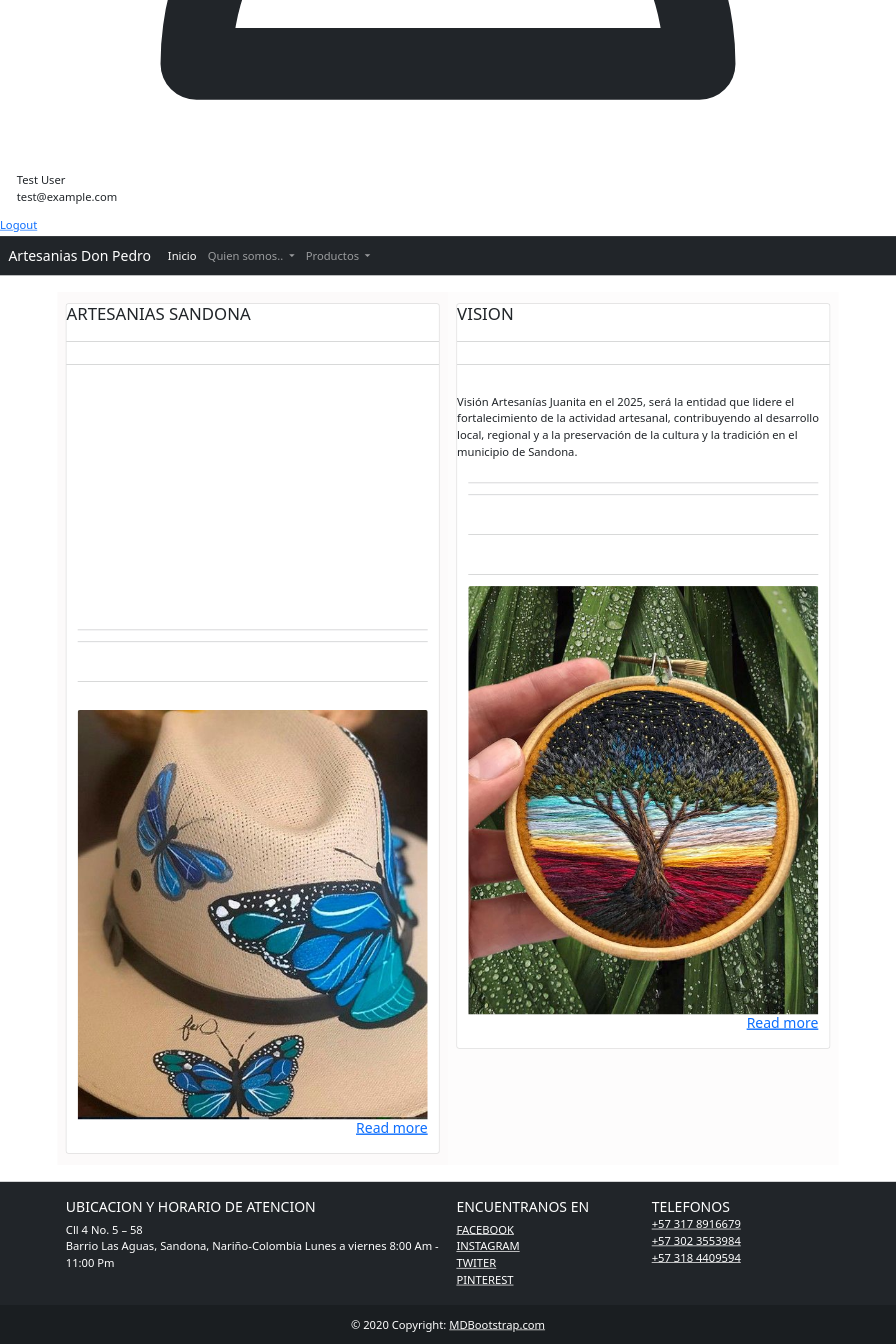
Repository: PG210/taller_artesania
Page: http://localhost/arte/vision
These files come from the project's save history. The page is drawn as it stood at one moment and after the next save; the edit follows.
The browser window is 1280 px wide. The pictures show the part of the page from y = 2506 to 4426 px (the page is 4426 px tall), at 70% of full size.
Pictures or frames that could not be fetched are drawn as grey boxes. The page is served by the project's Laravel application, run on PHP 8.4 with Laravel 8. A made-up administrator, Test User (test@example.com), is signed in. Other server files are loaded and not shown.

Above is the page before, as saved 2021-01-14 16:26:39.

### routes/web.php
<?php

use Illuminate\Support\Facades\Route;
use App\Http\Controllers\Productos;

/*
|--------------------------------------------------------------------------
| Web Routes
|--------------------------------------------------------------------------
|
| Here is where you can register web routes for your application. These
| routes are loaded by the RouteServiceProvider within a group which
| contains the "web" middleware group. Now create something great!
|
*/

Route::get('/', function () {
    return view('welcome');
});
//ruta mision vision
Route::get('arte/vision', function () {
    return view('arte.vision');
});
//histortia
Route::get('arte/historia', function () {
    return view('arte.historia');
});
Route::get('arte/mision', function () {
    return view('arte.mision');
});

//ubicacion
Route::get('arte/ubicacion', function () {
    return view('arte.ubicacion');
});
//productos
Route::get('/productos', [Productos::class, 'index']);

Route::get('/dashboard', function () {
    return view('dashboard');
})->middleware(['auth'])->name('dashboard');

require __DIR__.'/auth.php';

### resources/views/arte/vision.blade.php
 @extends('layouts.app') @section('content')





<div class="container">

    <div class="row">

        <!--tarjeta 1 mision hotel-->
        <div class="col-lg-6" style="background-color:rgb(252, 250, 250)">

            <p>
                <!-- Card Dark -->

                <div class="card">

                    <h4 class="card-title">ARTESANIAS SANDONA</h4>
                    <!-- Card image -->
                    <hr class="hr-light">
                    <hr class="hr-light">


                    <div class="container">
                        <br>
                        <div class="view overlay ">
                            <video loop="true " muted autoplay width="530 " height="300 ">
                                <source src='{{url("/img/video.mp4")}}' type="video/mp4 " alt="Card image cap ">
                            <a>
                                <div class="mask " style=" background-color: rgba(230, 179, 179, 0.5) "></div>
                            </a>
                        </div>
                        </div>


                    <!-- Card content -->
                    <div class="card-body elegant-color white-text rounded-bottom">

                        <!-- Social shares button -->

                        <!-- Title -->
                        <h4 class="card-title"></h4>
                        <hr class="hr-light">
                        <hr class="hr-light">
                        <br>
                        <hr class="hr-light">
                        <br>

                        <div class="view overlay">
                            <img class="card-img-top" src="../img/6.jpg" alt="Card image cap">
                            <a>
                                <div class="mask rgba-white-slight"></div>
                            </a>
                        </div>



                        <!-- Link -->
                        <a href="#!" class="white-text d-flex justify-content-end">
                            <h5>Read more <i class="fas fa-angle-double-right"></i></h5>
                        </a>

                    </div>



                </div>
                <!-- Card Dark -->
            </p>
        </div>



        <!--tarjeta dos vision-->
        <div class="col-lg-6" style="background-color:rgb(253, 252, 252)">

            <p>
                <!-- Card Dark -->
                <div class="card">

                    <h4 class="card-title">VISION</h4>
                        <hr class="hr-light">
                        <hr class="hr-light">
                        <br>
                       Visión
                          Artesanías Juanita en el 2025, será la entidad que lidere el fortalecimiento de la actividad artesanal, contribuyendo al desarrollo local, regional y a la preservación de la cultura y la tradición en el municipio de Sandona.


                    <!-- Card content -->
                    <div class="card-body elegant-color white-text rounded-bottom">

                        <!-- Social shares button -->

                        <!-- Title -->
                        <h4 class="card-title"></h4>
                        <hr class="hr-light">
                        <hr class="hr-light">
                        <br>

                        <hr class="hr-light">
                        <br>
                        <hr class="hr-light">
                        <div class="view overlay">
                            <img class="card-img-top" src="../img/5.jpg" alt="Card image cap">
                            <a>
                                <div class="mask rgba-white-slight"></div>
                            </a>
                        </div>


                        <!-- Link -->
                        <a href="#!" class="white-text d-flex justify-content-end">
                            <h5>Read more <i class="fas fa-angle-double-right"></i></h5>
                        </a>

                    </div>

                </div>
                <!-- Card Dark -->
            </p>
        </div>
    </div>
</div>




</div>
@stop

### resources/views/layouts/app.blade.php
<!DOCTYPE html>
<html lang="{{ str_replace('_', '-', app()->getLocale()) }}">
    <head>
        <meta charset="utf-8">
        <meta name="viewport" content="width=device-width, initial-scale=1">
        <meta name="csrf-token" content="{{ csrf_token() }}">

        <title>{{ config('app.name', 'Laravel') }}</title>

        <!-- Fonts -->
        <link rel="stylesheet" href="https://fonts.googleapis.com/css2?family=Nunito:wght@400;600;700&display=swap">
        <link href="{{ url('/assets/bootstrap/css/bootstrap.min.css') }}" rel="stylesheet">
        <!-- Styles -->
        <link rel="stylesheet" href="{{ asset('css/app.css') }}">

        <!-- Scripts -->
        <script src="{{ asset('js/app.js') }}" defer></script>


    </head>

    <body class="font-sans antialiased">
        <div class="min-h-screen bg-gray-100">
            @include('layouts.navigation')

            <nav class="navbar navbar-expand-lg navbar navbar-dark bg-dark">
  <div class="container-fluid">
    <a class="navbar-brand" href="#">Artesanias Don Pedro</a>
    <button class="navbar-toggler" type="button" data-bs-toggle="collapse" data-bs-target="#navbarNavDropdown" aria-controls="navbarNavDropdown" aria-expanded="false" aria-label="Toggle navigation">
      <span class="navbar-toggler-icon"></span>
    </button>
    <div class="collapse navbar-collapse" id="navbarNavDropdown">
      <ul class="navbar-nav">
        <li class="nav-item">
          <a class="nav-link active" aria-current="page" href="#">Inicio</a>
        </li>


        <li class="nav-item dropdown">
          <a class="nav-link dropdown-toggle" href="#" id="navbarDropdownMenuLink" role="button" data-bs-toggle="dropdown" aria-expanded="false">
            Quien somos..
          </a>
          <ul class="dropdown-menu" aria-labelledby="navbarDropdownMenuLink">
            <li><a class="dropdown-item" href="{{url('/arte/mision')}}">Mision</a></li>
            <li><a class="dropdown-item" href="{{url('/arte/vision')}}">Vision</a></li>
            <li><a class="dropdown-item" href="{{url('/arte/ubicacion')}}">Ubicacion</a></li>
            <li><a class="dropdown-item" href="{{url('/arte/historia')}}">Historia</a></li>
          </ul>
        </li>

        <li class="nav-item dropdown">
          <a class="nav-link dropdown-toggle" href="#" id="navbarDropdownMenuLink" role="button" data-bs-toggle="dropdown" aria-expanded="false">
            Productos
          </a>
          <ul class="dropdown-menu" aria-labelledby="navbarDropdownMenuLink">
            <li><a class="dropdown-item" href="{{url('/productos')}}">Sombreros</a></li>
            <li><a class="dropdown-item" href="#">Mochilas</a></li>
            <li><a class="dropdown-item" href="#">Tejidos</a></li>
            <li><a class="dropdown-item" href="#">Visuterias</a></li>
            <li><a class="dropdown-item" href="#">Ofertas</a></li>
          </ul>
        </li>
      </ul>
    </div>
  </div>
</nav>
<br>
            <!-- Page Heading -->
            <div class="container">
           @yield('content')
           </div>
        </div>
<!--footer-->
<br>
        <footer class="bg-dark text-white text-center text-lg-start">
  <!-- Grid container -->
  <div class="container p-4">
    <!--Grid row-->
    <div class="row">
      <!--Grid column-->
      <div class="col-lg-6 col-md-12 mb-4 mb-md-0">
        <h5 class="text-uppercase">Ubicacion y Horario de Atencion</h5>

        <p>
        <bFooterr>
        Cll 4 No. 5 – 58<br>
        Barrio Las Aguas, Sandona, Nariño-Colombia
        Lunes a viernes 8:00 Am - 11:00 Pm
        </p>
      </div>
      <!--Grid column-->

      <!--Grid column-->
      <div class="col-lg-3 col-md-6 mb-4 mb-md-0">
        <h5 class="text-uppercase">Encuentranos en</h5>

        <ul class="list-unstyled mb-0">
          <li>
            <a href="#!" class="text-white">FACEBOOK</a>
          </li>
          <li>
            <a href="#!" class="text-white">INSTAGRAM</a>
          </li>
          <li>
            <a href="#!" class="text-white">TWITER</a>
          </li>
          <li>
            <a href="#!" class="text-white">PINTEREST</a>
          </li>
        </ul>
      </div>
      <!--Grid column-->

      <!--Grid column-->
      <div class="col-lg-3 col-md-6 mb-4 mb-md-0">
        <h5 class="text-uppercase mb-0">TELEFONOS</h5>

        <ul class="list-unstyled">
          <li>
            <a href="#!" class="text-white">+57 317 8916679</a>
          </li>
          <li>
            <a href="#!" class="text-white">+57 302 3553984</a>
          </li>
          <li>
            <a href="#!" class="text-white">+57 318 4409594</a>
          </li>

        </ul>
      </div>
      <!--Grid column-->
    </div>
    <!--Grid row-->
  </div>
  <!-- Grid container -->

  <!-- Copyright -->
  <div class="text-center p-3" style="background-color: rgba(0, 0, 0, 0.2)">
    © 2020 Copyright:
    <a class="text-white" href="https://mdbootstrap.com/">MDBootstrap.com</a>
  </div>
  <!-- Copyright -->
</footer>
<!--end footer-->



        <script src="https://code.jquery.com/jquery-3.5.1.slim.min.js" integrity="sha384-DfXdz2htPH0lsSSs5nCTpuj/zy4C+OGpamoFVy38MVBnE+IbbVYUew+OrCXaRkfj" crossorigin="anonymous"></script>
        <script src="https://cdn.jsdelivr.net/npm/popper.js@1.16.1/dist/umd/popper.min.js" integrity="sha384-9/reFTGAW83EW2RDu2S0VKaIzap3H66lZH81PoYlFhbGU+6BZp6G7niu735Sk7lN" crossorigin="anonymous"></script>
       <script type="text/javascript" src="{{ url('/assets/bootstrap/js/bootstrap.min.js') }}"></script>
    </body>
</html>

### resources/views/layouts/navigation.blade.php
<nav x-data="{ open: false }" class="bg-white border-b border-gray-100">
    <!-- Primary Navigation Menu -->
    <!--aqui cambiar-->
    <div class=" navbar-dark bg-indigo">
        <div class="flex justify-between h-16">
            <div class="flex">
                <!-- Logo -->
                <div class="flex-shrink-0 flex items-center">
                    <a href="{{ route('dashboard') }}">
                        <x-application-logo class="block h-10 w-auto fill-current text-gray-600" />
                    </a>
                </div>

                <!-- Navigation Links -->
                <div class="hidden space-x-8 sm:-my-px sm:ml-10 sm:flex">
                    <x-nav-link :href="route('dashboard')" :active="request()->routeIs('dashboard')">
                        {{ __('Bienvenidos! Tienda Virtual') }}
                    </x-nav-link>
                </div>
            </div>

            <!-- Settings Dropdown -->
            <div class="hidden sm:flex sm:items-center sm:ml-6">
                <x-dropdown align="right" width="48">
                    <x-slot name="trigger">
                        <button class="flex items-center text-sm font-medium text-gray-500 hover:text-gray-700 hover:border-gray-300 focus:outline-none focus:text-gray-700 focus:border-gray-300 transition duration-150 ease-in-out">
                            <div>{{ Auth::user()->name }}</div>

                            <div class="ml-1">
                                <svg class="fill-current h-4 w-4" xmlns="http://www.w3.org/2000/svg" viewBox="0 0 20 20">
                                    <path fill-rule="evenodd" d="M5.293 7.293a1 1 0 011.414 0L10 10.586l3.293-3.293a1 1 0 111.414 1.414l-4 4a1 1 0 01-1.414 0l-4-4a1 1 0 010-1.414z" clip-rule="evenodd" />
                                </svg>
                            </div>
                        </button>
                    </x-slot>

                    <x-slot name="content">
                        <!-- Authentication -->
                        <form method="POST" action="{{ route('logout') }}">
                            @csrf

                            <x-dropdown-link :href="route('logout')"
                                    onclick="event.preventDefault();
                                                this.closest('form').submit();">
                                {{ __('Logout') }}
                            </x-dropdown-link>
                        </form>
                    </x-slot>
                </x-dropdown>
            </div>

            <!-- Hamburger -->
            <div class="-mr-2 flex items-center sm:hidden">
                <button @click="open = ! open" class="inline-flex items-center justify-center p-2 rounded-md text-gray-400 hover:text-gray-500 hover:bg-gray-100 focus:outline-none focus:bg-gray-100 focus:text-gray-500 transition duration-150 ease-in-out">
                    <svg class="h-6 w-6" stroke="currentColor" fill="none" viewBox="0 0 24 24">
                        <path :class="{'hidden': open, 'inline-flex': ! open }" class="inline-flex" stroke-linecap="round" stroke-linejoin="round" stroke-width="2" d="M4 6h16M4 12h16M4 18h16" />
                        <path :class="{'hidden': ! open, 'inline-flex': open }" class="hidden" stroke-linecap="round" stroke-linejoin="round" stroke-width="2" d="M6 18L18 6M6 6l12 12" />
                    </svg>
                </button>
            </div>
        </div>
    </div>

    <!-- Responsive Navigation Menu -->
    <div :class="{'block': open, 'hidden': ! open}" class="hidden sm:hidden">
        <div class="pt-2 pb-3 space-y-1">
            <x-responsive-nav-link :href="route('dashboard')" :active="request()->routeIs('dashboard')">
                {{ __('Dashboard') }}
            </x-responsive-nav-link>
        </div>

        <!-- Responsive Settings Options -->
        <div class="pt-4 pb-1 border-t border-gray-200">
            <div class="flex items-center px-4">
                <div class="flex-shrink-0">
                    <svg class="h-10 w-10 fill-current text-gray-400" xmlns="http://www.w3.org/2000/svg" fill="none" viewBox="0 0 24 24" stroke="currentColor">
                        <path stroke-linecap="round" stroke-linejoin="round" stroke-width="2" d="M16 7a4 4 0 11-8 0 4 4 0 018 0zM12 14a7 7 0 00-7 7h14a7 7 0 00-7-7z" />
                    </svg>
                </div>

                <div class="ml-3">
                    <div class="font-medium text-base text-gray-800">{{ Auth::user()->name }}</div>
                    <div class="font-medium text-sm text-gray-500">{{ Auth::user()->email }}</div>
                </div>
            </div>

            <div class="mt-3 space-y-1">
                <!-- Authentication -->
                <form method="POST" action="{{ route('logout') }}">
                    @csrf

                    <x-responsive-nav-link :href="route('logout')"
                            onclick="event.preventDefault();
                                        this.closest('form').submit();">
                        {{ __('Logout') }}
                    </x-responsive-nav-link>
                </form>
            </div>
        </div>
    </div>
</nav>

Loaded but not shown: routes/auth.php (common file); app/Models/User.php (common file); resources/views/components/application-logo.blade.php (common file); resources/views/components/nav-link.blade.php (common file); resources/views/components/dropdown-link.blade.php (common file); resources/views/components/dropdown.blade.php (common file); resources/views/components/responsive-nav-link.blade.php (common file); public/assets/bootstrap/css/bootstrap.min.css (library); public/assets/bootstrap/js/bootstrap.min.js (library); public/js/app.js (library)

After the next save:
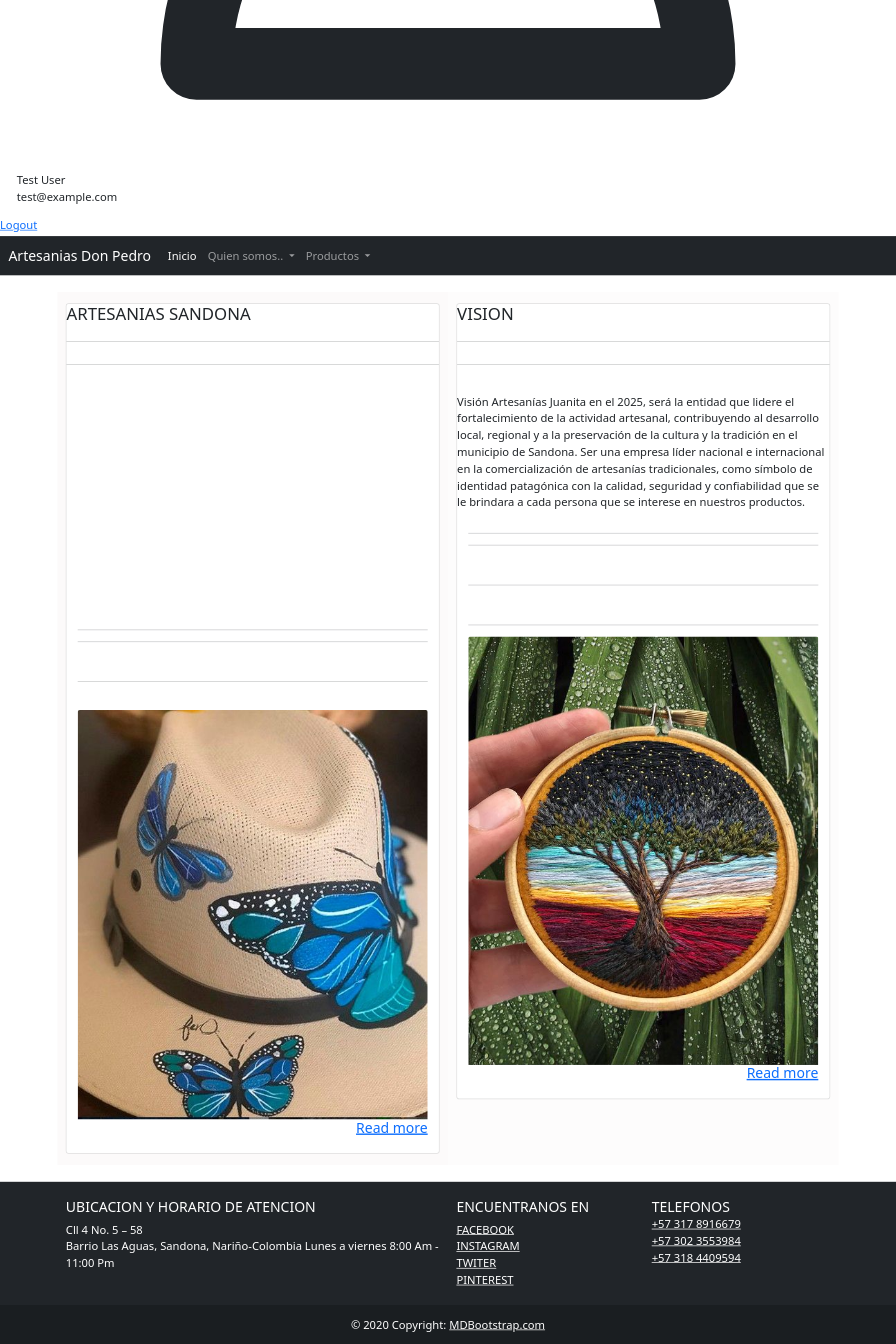
Saved 2 min 7 s later.
--- a/resources/views/arte/vision.blade.php
+++ b/resources/views/arte/vision.blade.php
@@ -85,7 +85,7 @@
                         <br>
                        Visión
                           Artesanías Juanita en el 2025, será la entidad que lidere el fortalecimiento de la actividad artesanal, contribuyendo al desarrollo local, regional y a la preservación de la cultura y la tradición en el municipio de Sandona.
-
+                        Ser una empresa líder nacional e internacional en la comercialización de artesanías tradicionales, como símbolo de identidad patagónica con la calidad, seguridad y confiabilidad que se le brindara a cada persona que se interese en nuestros productos.
 
                     <!-- Card content -->
                     <div class="card-body elegant-color white-text rounded-bottom">
